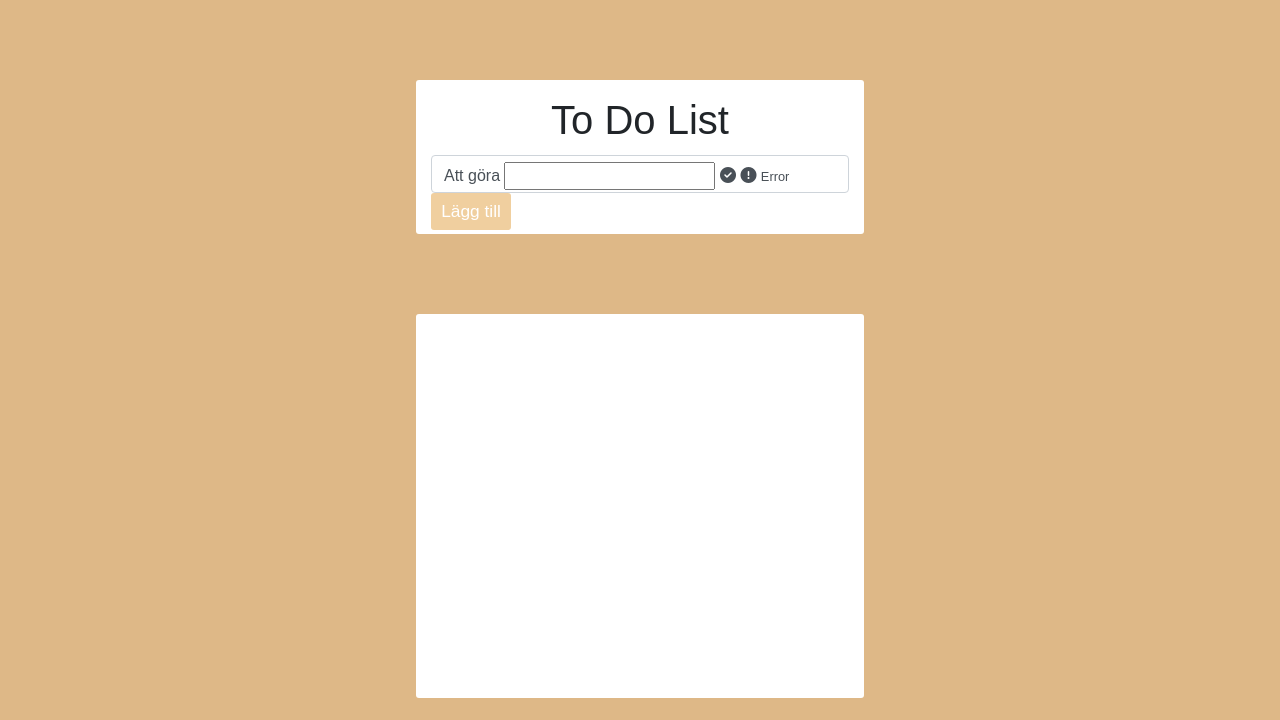
Repository: skepp4rn/todolist
Page: index.html
The author's editor kept a copy of each file at every save. The page is drawn from the files as they stood at one save, then again after the next save.
The browser window is 1280 px wide. The pictures show the whole page.
The page's requests for data from a server got no answer. Some web libraries are served in a nearby version.

Above is the page before, as saved 2021-01-28 12:11:11.

### index.html
<!DOCTYPE html>
<html lang="sv">
<head>
    <meta charset="UTF-8">
    <meta name="viewport" content="width=device-width, initial-scale=1.0">

    <script src="https://kit.fontawesome.com/ef4c0722a8.js" crossorigin="anonymous"></script>
    <link rel="stylesheet" href="https://cdn.jsdelivr.net/npm/bootstrap@4.5.3/dist/css/bootstrap.min.css" integrity="sha384-TX8t27EcRE3e/ihU7zmQxVncDAy5uIKz4rEkgIXeMed4M0jlfIDPvg6uqKI2xXr2" crossorigin="anonymous">
    <link rel="stylesheet" href="css/style.css">

    <title>To Do List</title>
</head>
<body>
    <div class="container">
        <div id="header">
            <h1>To Do List</h1>
        </div>

        <form class="form" id="form">
            <div class="form-control">
                <label>Att göra</label>
                <input type="text" id="addToDo">
                <i class="fas fa-check-circle"></i>
                <i class="fas fa-exclamation-circle"></i>
                <small>Error message</small>
            </div>

            <button id="btn">Lägg till</button>
        </form>
    </div>

    <div class="container2">
        <div id="list"></div>
    </div>

    <script src="https://code.jquery.com/jquery-3.5.1.slim.min.js" integrity="sha384-DfXdz2htPH0lsSSs5nCTpuj/zy4C+OGpamoFVy38MVBnE+IbbVYUew+OrCXaRkfj" crossorigin="anonymous"></script>
    <script src="https://cdn.jsdelivr.net/npm/bootstrap@4.5.3/dist/js/bootstrap.bundle.min.js" integrity="sha384-ho+j7jyWK8fNQe+A12Hb8AhRq26LrZ/JpcUGGOn+Y7RsweNrtN/tE3MoK7ZeZDyx" crossorigin="anonymous"></script>
    <script src="https://cdnjs.cloudflare.com/ajax/libs/uuid/8.1.0/uuidv4.min.js"></script>
    <script src="script.js"></script>
</body>

### css/style.css
*{
    box-sizing: border-box;
    margin: 0;
    padding: 0;
}

body {
    background-color: burlywood;
    font-family: Arial, Helvetica, sans-serif;
    display: grid;
    justify-content: center;
}

.container {
    width: 35vw;
    display: grid;
    justify-content: center;
    background-color: #ffffff;
    border-radius: 3px;
    margin-top: 5rem;
    padding-bottom: 2   rem;
    height: 12vw;
}

.container2 {
    width: 100%;
    display: grid;
    justify-content: center;
    background-color: #ffffff;
    border-radius: 3px;
    margin-top: 5rem;
    padding-bottom: 2rem;
    height: 30vw;
    overflow-y: auto;
}

#header {
    margin-top: 1rem;
    text-align: center;
}

#btn {
    border: none;
    border-radius: 3px;
    padding: 0.2rem;
    background-color: #f0cf9f;
    color: #ffffff;
    font-size: 13pt;
    width: 5rem;
    height: 2.3rem;
    align-self: center;

}

.todobox {
    padding-top: 2rem;
    padding-bottom: 1rem;
    width: 32vw;
    display: grid;
    grid-template-columns: 5fr 1fr;
}

.knappar {
    display: grid;
    gap: 1rem;
}

.todoinput {
    display: flex;
    align-items: center;
}

.fa-trash {
    padding: 0.5rem;
    border: none;
    border-radius: 5px;
    color: #ffffff;
    background-color: #f0cf9f;
    width: 5rem;
}

.fa-undo {
    padding: 0.5rem;
    border: none;
    border-radius: 5px;
    color: #ffffff;
    background-color: #f0cf9f;
    width: 5rem;
}

.done {
    border: none;
    border-radius: 5px;
    padding: 0.5rem;
    background-color: #f0cf9f;
    color: #ffffff;
    font-family: Arial, Helvetica, sans-serif;
    font-size: 14pt;
    width: 5rem;
    height: 3rem;
}

### script.js
let ToDo = [];
let addToDos = document.getElementById('addToDo');
let form = document.getElementById('form');
let check = false;
let btn = document.getElementById('subbtn');
let list = document.querySelector('#list');
const fetchTodos = () => {
    fetch('https://jsonplaceholder.typicode.com/todos?_start20=&_limit=10')
    .then(res => res.json())
    .then(data => {
      ToDo = data;
      listelement(ToDo);
    })
}
fetchTodos();

const listelement = (ToDo) => {
    list.innerHTML = '';
    ToDo.forEach(todo => {
        list.innerHTML += newTodo(todo);
    })
    console.log(ToDo);
}

const newTodo = todo => {

    let template = todo.completed ? `
    <div id="${todo.id}" class="todoinput completed">
        <div class="todobox">
          <h3 class="title">${todo.title}</h3>
            <div class="knappar">
                <button class="fas fa-undo"></button>
                <button class="fas fa-trash"></button>
            </div>
        </div>
    </div>
    `
    : `
    <div id="${todo.id}" class="todoinput">
        <div class="todobox">
            <h3 class="title">${todo.title}</h3>
            <button class="done">Done</button>
        </div>
    </div>
    `
    return template
  }


  const createTodo = (title) => {

    fetch('https://jsonplaceholder.typicode.com/todos',{
      method: 'POST',
      headers: {
        'Content-type': 'application/json; charset=UTF-8'
      },
      body: JSON.stringify({
        title,
        completed: false
      })
    })
    .then(res => res.json())
    .then(data => {
        let _todo = {
            title: data.title,
            completed: data.completed,
            id: uuidv4()
        }
      console.log(data)
      ToDo.unshift(_todo);
      listelement(ToDo);
    })
}

form.addEventListener('submit', (e) => {
    e.preventDefault();

    checkInputs();

    if(check == true) {
        removeinput(addToDos);

        createTodo(addToDos.value)
        listelement(ToDo);

        addToDos.value = '';
    }
});

function checkInputs() {
    let addToDosValue = addToDos.value.trim();

    if(addToDosValue === ``) {
    setErrorFor(addToDos, `Du måste skriva något!`);

    } else {
        setSuccessFor(addToDos);
    }
}

function setErrorFor(input, message) {
    let formControl = input.parentElement;
    let small = formControl.querySelector('small');
    small.innerText = message;
    formControl.className = 'form-control error';
    check = false;
}

function setSuccessFor(input) {
    let formControl = input.parentElement;
    formControl.className = 'form-control success';
    check = true;
}

function removeinput(input) {
    let formControl = input.parentElement;
    formControl.className = 'form-control';
}

list.addEventListener('click', (e) => {
    if(e.target.classList.contains('done')) {
        complete(e.target.parentNode.parentNode.id)
    }
    else if(e.target.classList.contains('fa-undo')) {
        complete(e.target.parentNode.parentNode.parentNode.id)
    }
})

function complete(id) {
    ToDo.map(todo => {
        if(todo.id == id){
            todo.completed = !todo.completed
        }
        return todo
    })
    listelement(ToDo)
}

list.addEventListener('click', (e) => {

    if(e.target.classList.contains('fa-trash')) {
        ToDo = ToDo.filter(removetodo => removetodo.id != e.target.parentNode.parentNode.parentNode.id)
        listelement(ToDo)
    }
});

After the next save:
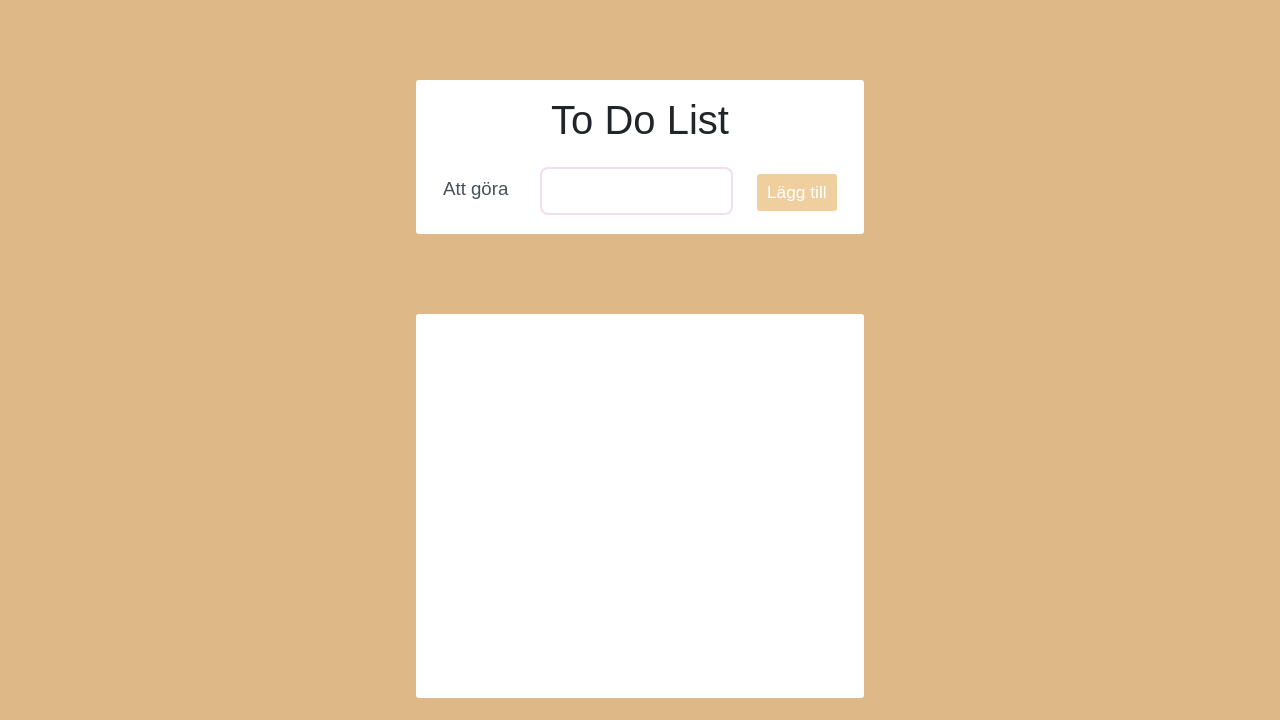
Saved 24 s later.
--- a/css/style.css
+++ b/css/style.css
@@ -99,3 +99,76 @@ body {
     width: 5rem;
     height: 3rem;
 }
+
+.form-control {
+    border: none;
+    position: relative;
+    height: auto;
+    width: 100%;
+    display: grid;
+    grid-template-columns: 1fr 2fr;
+    align-content: center;
+}
+
+.form label {
+    display: flex;
+    align-items: center;
+    font-size: 14pt;
+}
+
+
+.form {
+    display: grid;
+    grid-template-columns: 3fr 1fr;
+    justify-items: center;
+    height: 5vw;
+}
+
+.form-control input {
+    border: 2px solid #e0aad362;
+    border-radius: 8px;
+    display: block;
+    width: 100%;
+    margin-bottom: 0.2rem;
+    padding: 0.5rem;
+    font-family: inherit;
+    font-size: 14pt;
+    height: 3rem;
+}
+
+.form-control.success input {
+    border-color: #2ecc71;
+}
+
+.form-control.error input {
+    border-color: #e74c3c;
+}
+
+.form-control i {
+    visibility: hidden;
+    position: absolute;
+    top: 2.4rem;
+    right: 1.5rem;
+}
+
+.form-control.success i.fa-check-circle {
+    visibility: visible;
+    color: #2ecc71;
+}
+
+.form-control.error i.fa-exclamation-circle {
+    visibility: visible;
+    color: #e74c3c;
+}
+
+.form-control small {
+    visibility: hidden;
+    position: absolute;
+    bottom: 0;
+    left: 7vw;
+}
+
+.form-control.error small {
+    visibility: visible;
+    color: #e74c3c;
+}
